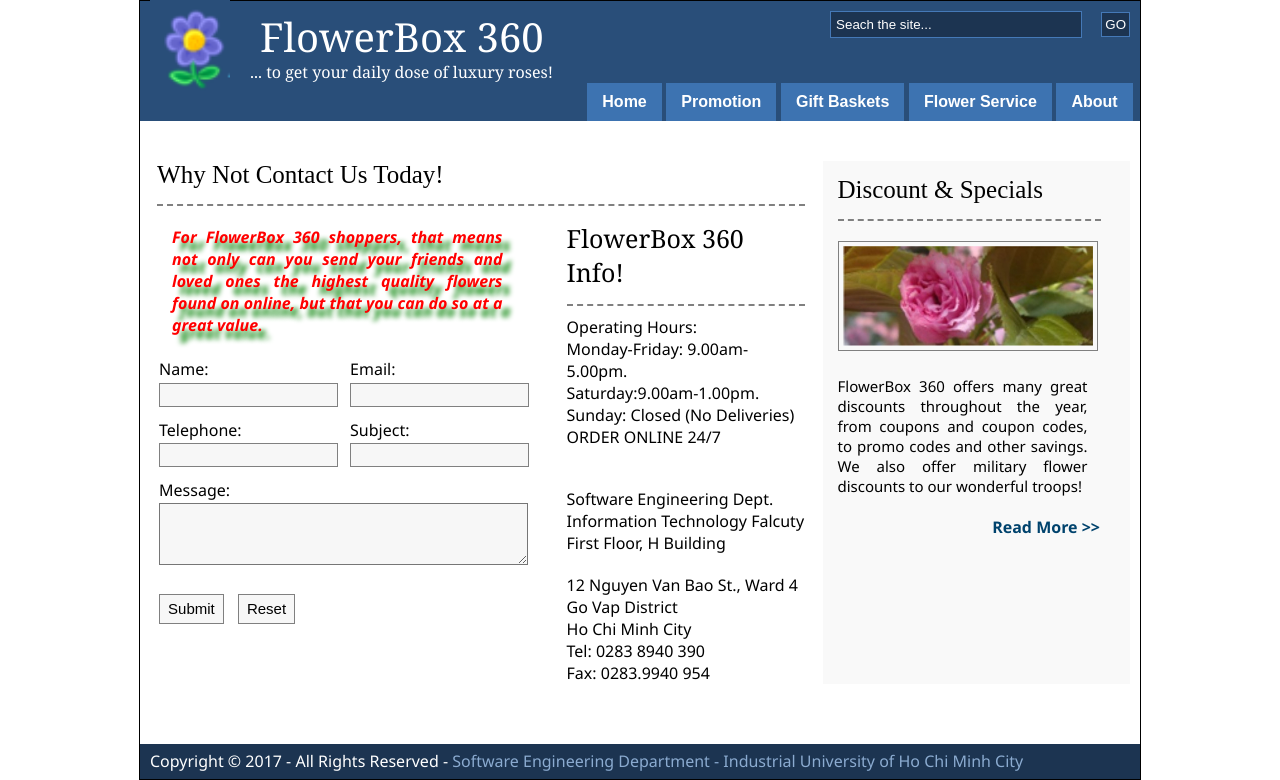
Repository: thu1365/BTKT_WEB
Page: HTML/btkt.html
An editor plug-in stored every save of this project. The page is shown before and after the next save, followed by the edit.
The browser window is 1280 px wide. The pictures show the whole page.

Above is the page before, as saved 2023-03-11 21:36:15.

After the next save:
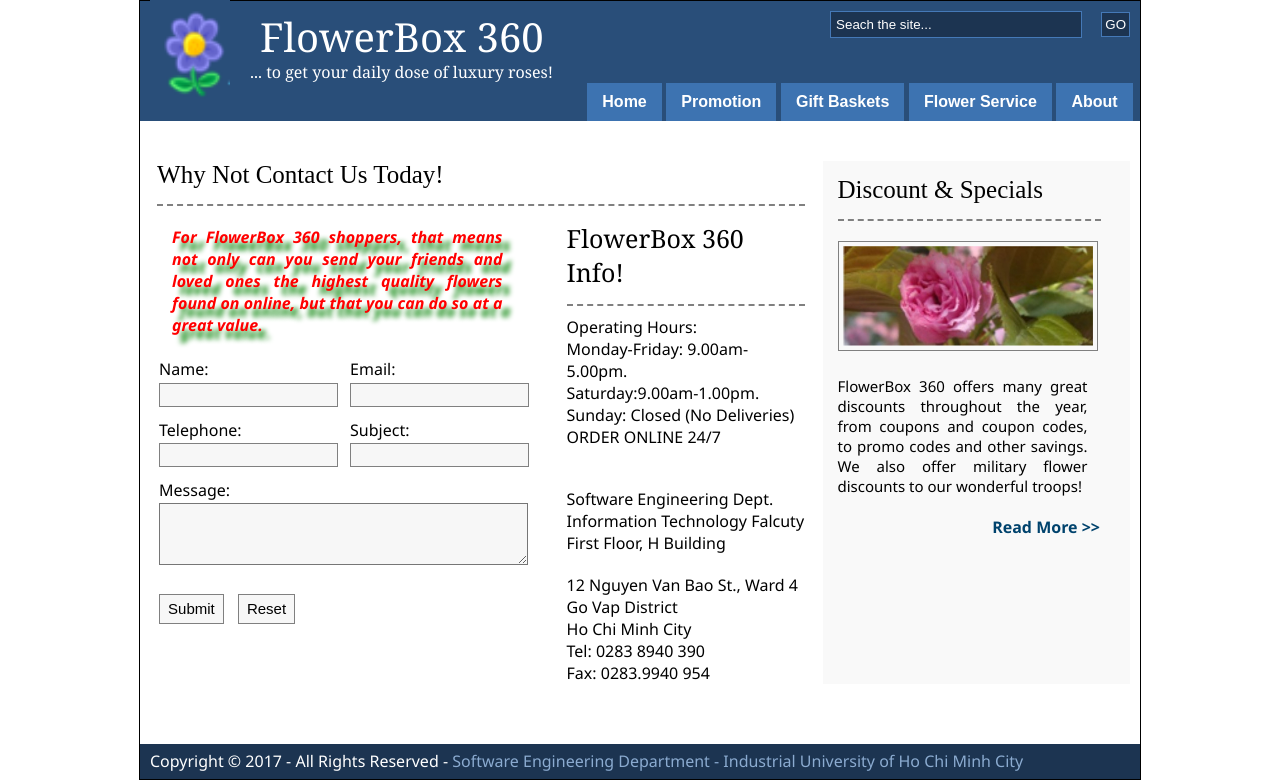
Saved 7 s later.
--- a/HTML/btkt.html
+++ b/HTML/btkt.html
@@ -31,7 +31,7 @@
             left: 10px;
             bottom: 10px;
             width: 80px;
-            height: 120px;
+            height: 130px;
         }
 
         .name1 {
